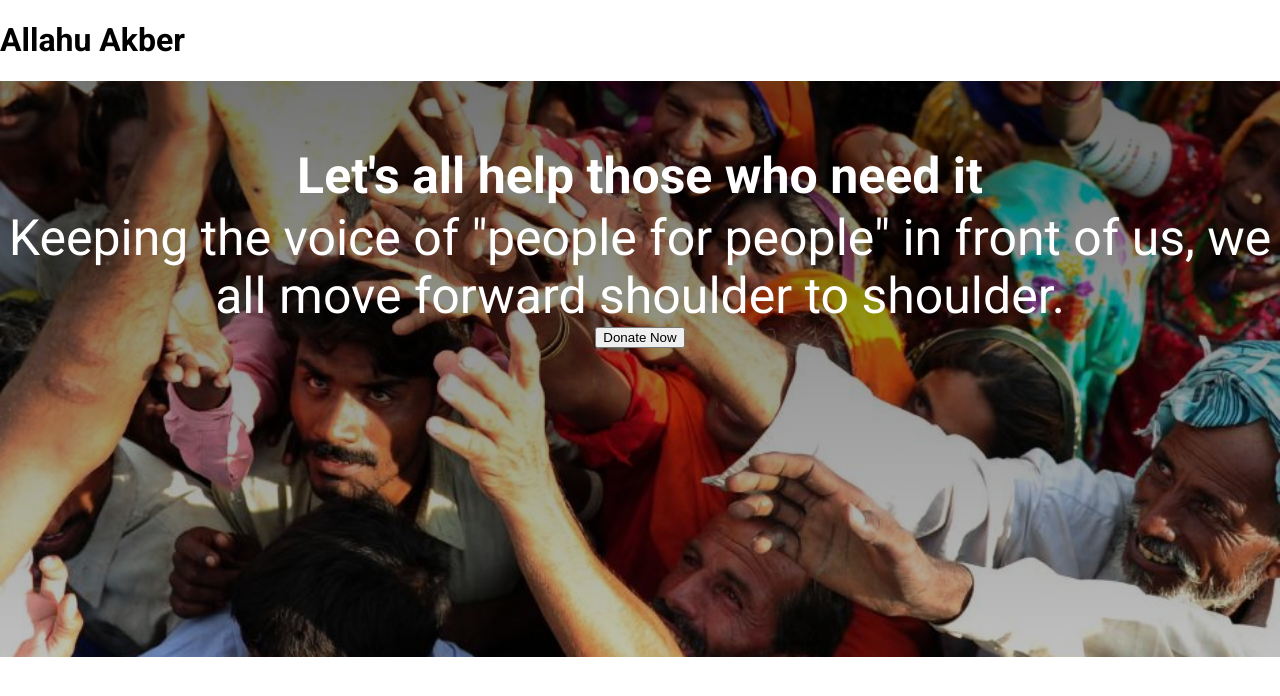
Repository: zjria/suppert-the-helpness
Page: index.html
An editor plug-in stored every save of this project. The page is shown before and after the next save, followed by the edit.
The browser window is 1280 px wide. The pictures show the whole page.

Above is the page before, as saved 2022-08-24 21:58:49.

After the next save:
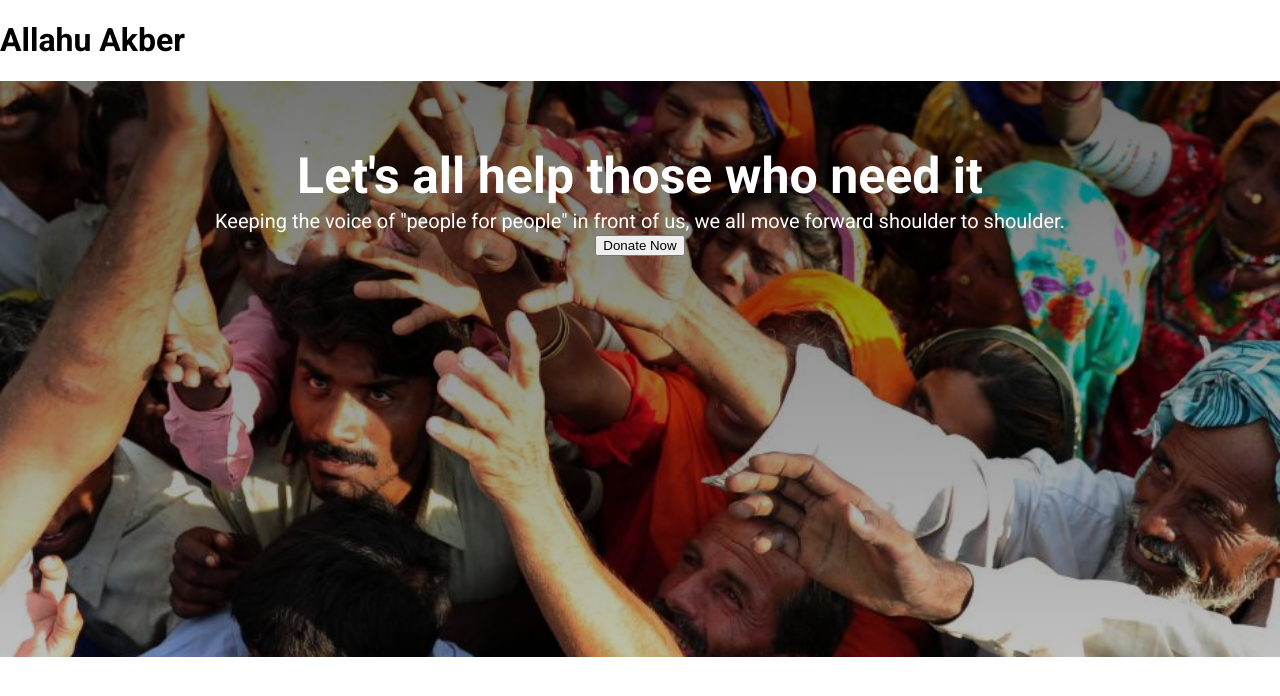
Saved 19 s later.
--- a/style.css
+++ b/style.css
@@ -24,13 +24,13 @@
 .header-text h1 {
     font-size: 50px;
     padding: 2px;
-    border-radius: 10px;
+
     margin: 0%;
 }
 
 .header-text p {
-    font-size: 50px;
+    font-size: 20px;
     padding: 2px;
-    border-radius: 10px;
+
     margin: 0%;
 }
